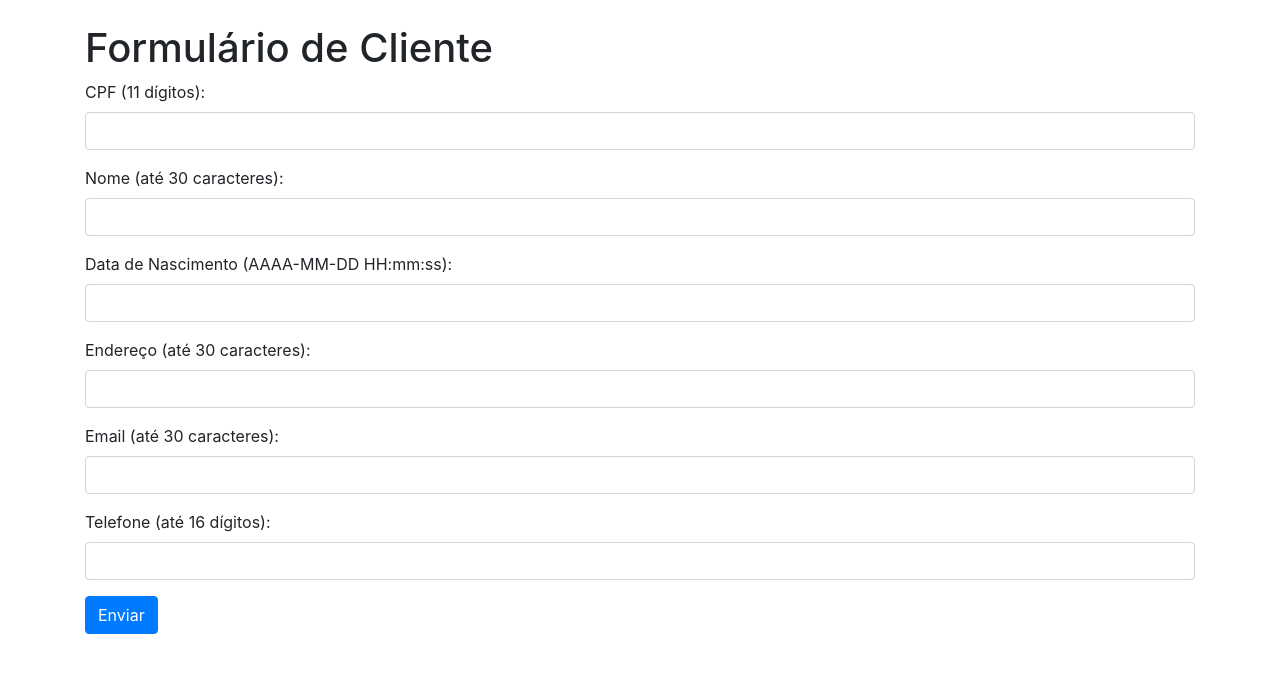
Repository: hagartelles/serveletProject
Page: http://localhost/BeltourServerlet/CreateClient.jsp
These files come from the project's save history. The page is drawn as it stood at one moment and after the next save; the edit follows.
The browser window is 1280 px wide. The pictures show the whole page.
The page is served by Tomcat 9.

Above is the page before, as saved 2023-11-05 22:15:24.

After the next save:
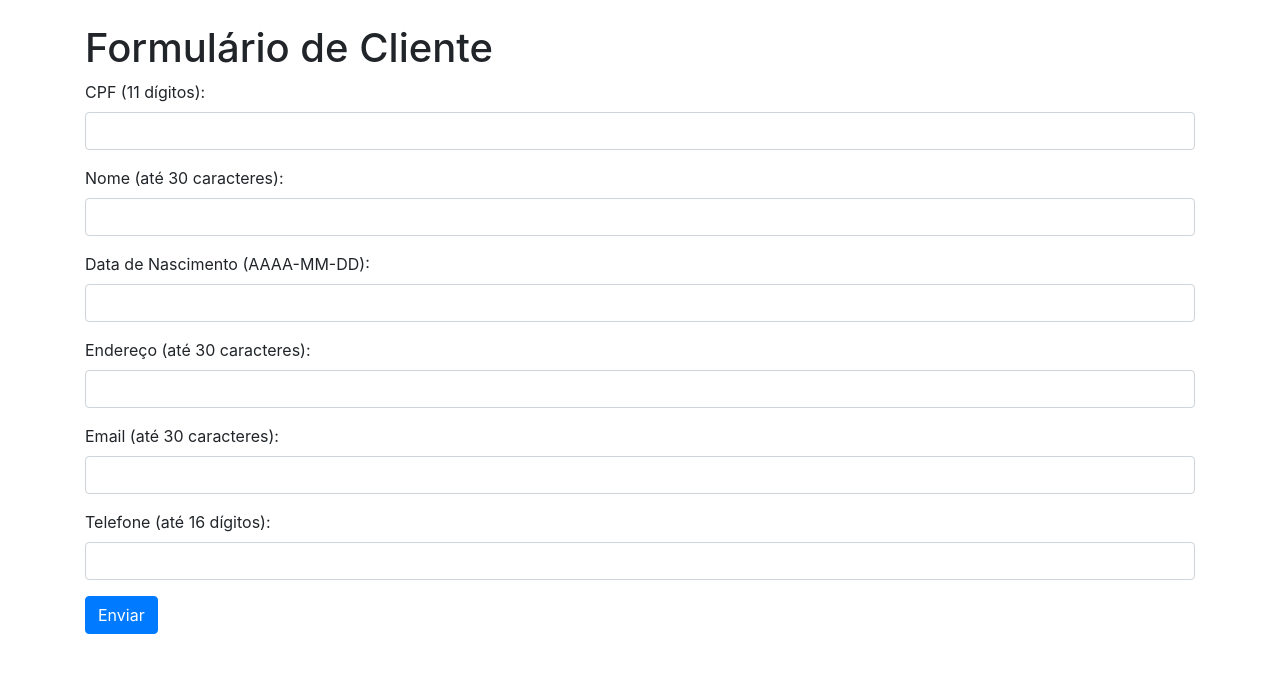
Saved 77 s later.
--- a/BeltourServerlet/src/main/webapp/CreateClient.jsp
+++ b/BeltourServerlet/src/main/webapp/CreateClient.jsp
@@ -22,8 +22,8 @@
             </div>
 
             <div class="form-group">
-                <label for="dataNasc">Data de Nascimento (AAAA-MM-DD HH:mm:ss):</label>
-                <input type="text" class="form-control" id="dataNasc" name="dataNasc" required pattern="\d{4}-\d{2}-\d{2} \d{2}:\d{2}:\d{2}">
+                <label for="dataNasc">Data de Nascimento (AAAA-MM-DD):</label>
+                <input type="text" class="form-control" id="dataNasc" name="dataNasc" required pattern="\d{4}-\d{2}-\d{2}">
             </div>
 
             <div class="form-group">
